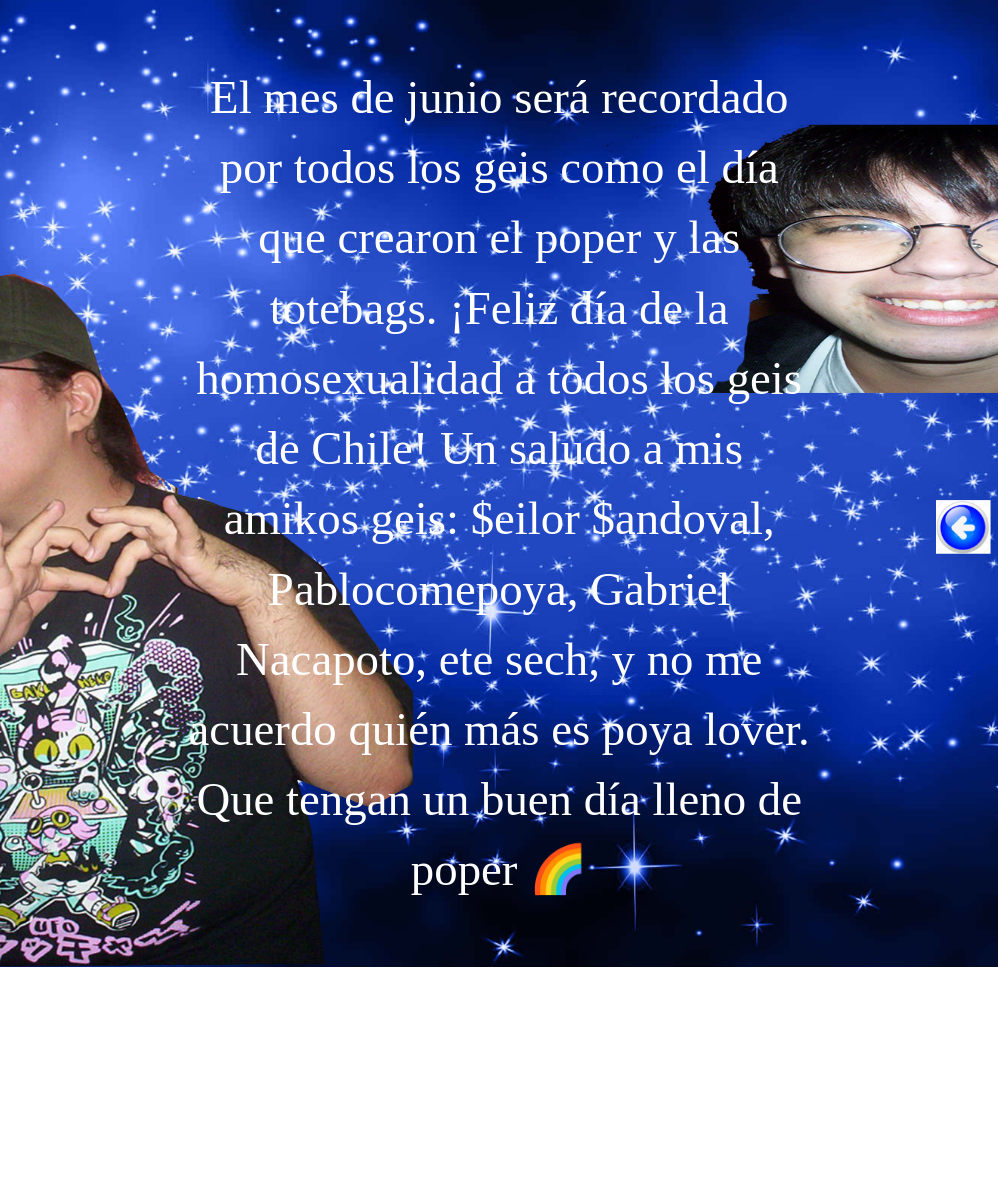
Repository: Eduloco69/crazy-website
Page: gay.html
These files come from the project's save history. The page is drawn as it stood at one moment and after the next save; the edit follows.
The browser window is 1280 px wide. The pictures show the whole page, at 78% of full size.

Above is the page before, as saved 2025-06-04 00:09:59.

### gay.html
<!DOCTYPE html>
<html lang="es">
<head>
  <meta charset="UTF-8" />
  <meta name="viewport" content="width=device-width, initial-scale=1.0" />
  <title>Feliz Día 🏳️‍🌈</title>
  <link rel="stylesheet" href="styles/style.css" />
  <link rel="stylesheet" href="styles/gay.css" />
</head>
<body>
  <main class="container">
    <p class="mensaje">
      El mes de junio será recordado por todos los geis como el día que crearon el poper
      y las totebags. ¡Feliz día de la homosexualidad a todos los geis de Chile!
      Un saludo a mis amikos geis: $eilor $andoval, Pablocomepoya, Gabriel Nacapoto,
      ete sech, y no me acuerdo quién más es poya lover. Que tengan un buen día lleno de poper 🌈
    </p>
  </main>

  <footer>
    <a href="index.html">
      <img src="src/volver.jpg" alt="Volver" class="btn-volver" />
    </a>
  </footer>

  <audio id="bg-music" autoplay loop hidden>
    <source src="src/gay_audio.mp3" type="audio/mpeg" />
  </audio>

  <script>
    const audio = document.getElementById("bg-music");
    audio.volume = 0.1;
  </script>
</body>
</html>

### styles/style.css


body {
  flex-direction: column;
  align-items: center;
  justify-content: center;
  text-align: center;
}

### styles/gay.css
html {
  cursor: url('../src/gay_cursor.ico'), default;
}

body {
  margin: 0;
  padding: 0;
  background-image: url("../src/gay_bg.png");
  background-size: cover;
  background-position: center;
  font-family: 'Arial', sans-serif;
  color: white;
}

.container {
  display: flex;
  justify-content: center;
  align-items: center;
  min-height: 100vh;
  padding: 20px;
  text-align: center;
}

.mensaje {
  font-family: "Palace Script MT", cursive;
  font-size: 60px;
  line-height: 1.5;
  max-width: 800px;
}

/* Responsivo para pantallas pequeñas */
@media (max-width: 600px) {
  .mensaje {
    font-size: 24px;
  }
}

.btn-volver {
  position: fixed;
  bottom: 10px;
  right: 10px;
  width: 70px;
}

After the next save:
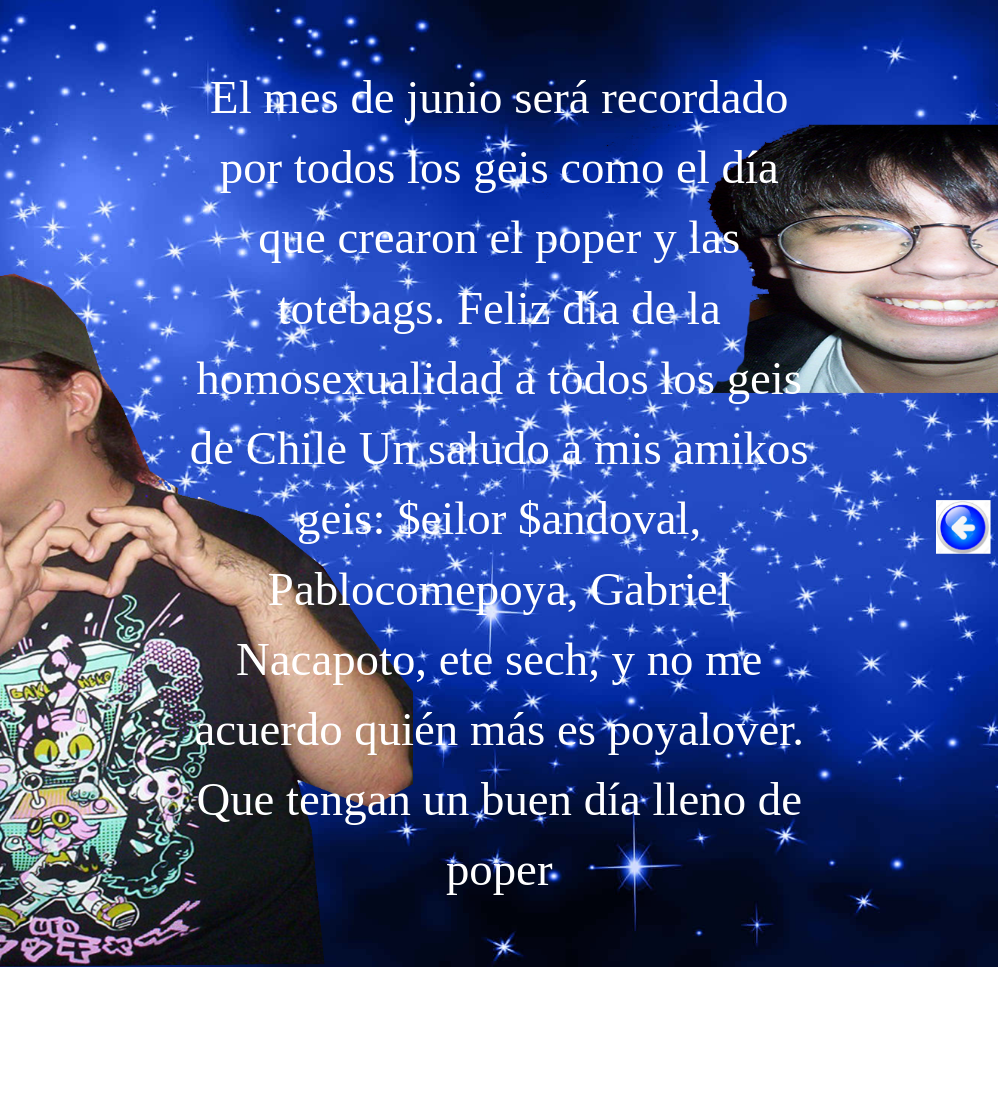
Saved 54 s later.
--- a/gay.html
+++ b/gay.html
@@ -3,7 +3,7 @@
 <head>
   <meta charset="UTF-8" />
   <meta name="viewport" content="width=device-width, initial-scale=1.0" />
-  <title>Feliz Día 🏳️‍🌈</title>
+  <title>gaymes</title>
   <link rel="stylesheet" href="styles/style.css" />
   <link rel="stylesheet" href="styles/gay.css" />
 </head>
@@ -11,9 +11,9 @@
   <main class="container">
     <p class="mensaje">
       El mes de junio será recordado por todos los geis como el día que crearon el poper
-      y las totebags. ¡Feliz día de la homosexualidad a todos los geis de Chile!
+      y las totebags. Feliz día de la homosexualidad a todos los geis de Chile
       Un saludo a mis amikos geis: $eilor $andoval, Pablocomepoya, Gabriel Nacapoto,
-      ete sech, y no me acuerdo quién más es poya lover. Que tengan un buen día lleno de poper 🌈
+      ete sech, y no me acuerdo quién más es poyalover. Que tengan un buen día lleno de poper
     </p>
   </main>
 
